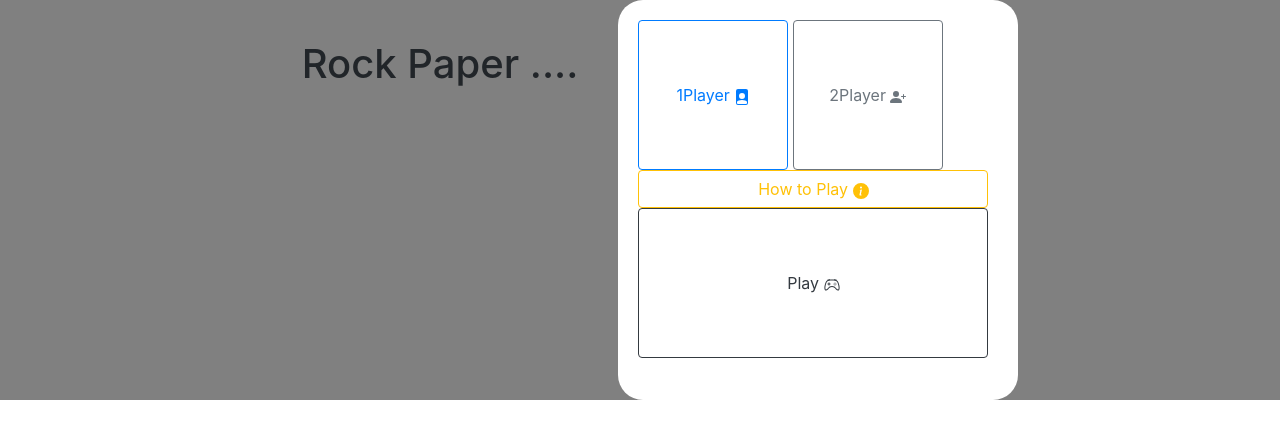
Repository: hossamsulleman1/Colllege-rock-paper-game
Page: index.html
An editor plug-in stored every save of this project. The page is shown before and after the next save, followed by the edit.
The browser window is 1280 px wide. The pictures show the whole page.

Above is the page before, as saved 2020-09-15 10:48:06.
Console error: SyntaxError: Unexpected token '<'

### index.html
<!DOCTYPE html>
<html lang="en">
<head>
    <script src="index.js"></script>
    <link rel="stylesheet" href="index.css">

    <meta charset="UTF-8">
    <meta name="viewport" content="width=device-width, initial-scale=1.0">
    <title>Rock Paper...</title>
</head>
<body>
   <div class="wall">
      <h1 style="padding: 40px; text-align: center;">Rock Paper .... </h1>
    <div class="mainCard">
<button style="height: 150px; width: 150px; padding: 20px;" class="btn btn-outline-primary">
    1Player
    <svg width="1em" height="1em" viewBox="0 0 16 16" class="bi bi-file-person-fill" fill="currentColor" xmlns="http://www.w3.org/2000/svg">
        <path fill-rule="evenodd" d="M12 0H4a2 2 0 0 0-2 2v12a2 2 0 0 0 2 2h8a2 2 0 0 0 2-2V2a2 2 0 0 0-2-2zm-1 7a3 3 0 1 1-6 0 3 3 0 0 1 6 0zm-3 4c2.623 0 4.146.826 5 1.755V14a1 1 0 0 1-1 1H4a1 1 0 0 1-1-1v-1.245C3.854 11.825 5.377 11 8 11z"/>
      </svg>
</button>
<button style="height: 150px; width: 150px; padding: 20px;"class="btn btn-outline-secondary">
    2Player
    <svg width="1em" height="1em" viewBox="0 0 16 16" class="bi bi-person-plus-fill" fill="currentColor" xmlns="http://www.w3.org/2000/svg">
        <path fill-rule="evenodd" d="M1 14s-1 0-1-1 1-4 6-4 6 3 6 4-1 1-1 1H1zm5-6a3 3 0 1 0 0-6 3 3 0 0 0 0 6zm7.5-3a.5.5 0 0 1 .5.5V7h1.5a.5.5 0 0 1 0 1H14v1.5a.5.5 0 0 1-1 0V8h-1.5a.5.5 0 0 1 0-1H13V5.5a.5.5 0 0 1 .5-.5z"/>
      </svg>
</button>
<br>
<button style="width: 350px;" class="btn btn-outline-warning" onclick="howToPlay()">
    How to Play
    <svg width="1em" height="1em" viewBox="0 0 16 16" class="bi bi-info-circle-fill" fill="currentColor" xmlns="http://www.w3.org/2000/svg">
        <path fill-rule="evenodd" d="M8 16A8 8 0 1 0 8 0a8 8 0 0 0 0 16zm.93-9.412l-2.29.287-.082.38.45.083c.294.07.352.176.288.469l-.738 3.468c-.194.897.105 1.319.808 1.319.545 0 1.178-.252 1.465-.598l.088-.416c-.2.176-.492.246-.686.246-.275 0-.375-.193-.304-.533L8.93 6.588zM8 5.5a1 1 0 1 0 0-2 1 1 0 0 0 0 2z"/>
      </svg>
</button>
<br>
<button style="width: 350px; height: 150px;" class="btn btn-outline-dark" onclick="goToGame()">
    Play
    <svg width="1em" height="1em" viewBox="0 0 16 16" class="bi bi-controller" fill="currentColor" xmlns="http://www.w3.org/2000/svg">
        <path fill-rule="evenodd" d="M11.119 2.693c.904.19 1.75.495 2.235.98.407.408.779 1.05 1.094 1.772.32.733.599 1.591.805 2.466.206.875.34 1.78.364 2.606.024.815-.059 1.602-.328 2.21a1.42 1.42 0 0 1-1.445.83c-.636-.067-1.115-.394-1.513-.773a11.307 11.307 0 0 1-.739-.809c-.126-.147-.25-.291-.368-.422-.728-.804-1.597-1.527-3.224-1.527-1.627 0-2.496.723-3.224 1.527-.119.131-.242.275-.368.422-.243.283-.494.576-.739.81-.398.378-.877.705-1.513.772a1.42 1.42 0 0 1-1.445-.83c-.27-.608-.352-1.395-.329-2.21.024-.826.16-1.73.365-2.606.206-.875.486-1.733.805-2.466.315-.722.687-1.364 1.094-1.772.486-.485 1.331-.79 2.235-.98.932-.196 2.03-.292 3.119-.292 1.089 0 2.187.096 3.119.292zm-6.032.979c-.877.185-1.469.443-1.733.708-.276.276-.587.783-.885 1.465a13.748 13.748 0 0 0-.748 2.295 12.351 12.351 0 0 0-.339 2.406c-.022.755.062 1.368.243 1.776a.42.42 0 0 0 .426.24c.327-.034.61-.199.929-.502.212-.202.4-.423.615-.674.133-.156.276-.323.44-.505C4.861 9.97 5.978 9.026 8 9.026s3.139.943 3.965 1.855c.164.182.307.35.44.505.214.25.403.472.615.674.318.303.601.468.929.503a.42.42 0 0 0 .426-.241c.18-.408.265-1.02.243-1.776a12.354 12.354 0 0 0-.339-2.406 13.753 13.753 0 0 0-.748-2.295c-.298-.682-.61-1.19-.885-1.465-.264-.265-.856-.523-1.733-.708-.85-.179-1.877-.27-2.913-.27-1.036 0-2.063.091-2.913.27z"/>
        <path d="M11.5 6.026a.5.5 0 1 1-1 0 .5.5 0 0 1 1 0zm-1 1a.5.5 0 1 1-1 0 .5.5 0 0 1 1 0zm2 0a.5.5 0 1 1-1 0 .5.5 0 0 1 1 0zm-1 1a.5.5 0 1 1-1 0 .5.5 0 0 1 1 0zm-7-2.5h1v3h-1v-3z"/>
        <path d="M3.5 6.526h3v1h-3v-1zM3.051 3.26a.5.5 0 0 1 .354-.613l1.932-.518a.5.5 0 0 1 .258.966l-1.932.518a.5.5 0 0 1-.612-.354zm9.976 0a.5.5 0 0 0-.353-.613l-1.932-.518a.5.5 0 1 0-.259.966l1.932.518a.5.5 0 0 0 .612-.354z"/>
      </svg>
</button>

</div>

   </div>


<!-- scripts -->
<!-- CSS only -->
<link rel="stylesheet" href="https://stackpath.bootstrapcdn.com/bootstrap/4.5.2/css/bootstrap.min.css" integrity="sha384-JcKb8q3iqJ61gNV9KGb8thSsNjpSL0n8PARn9HuZOnIxN0hoP+VmmDGMN5t9UJ0Z" crossorigin="anonymous">

<!-- JS, Popper.js, and jQuery -->
<script src="https://code.jquery.com/jquery-3.5.1.slim.min.js" integrity="sha384-DfXdz2htPH0lsSSs5nCTpuj/zy4C+OGpamoFVy38MVBnE+IbbVYUew+OrCXaRkfj" crossorigin="anonymous"></script>
<script src="https://cdn.jsdelivr.net/npm/popper.js@1.16.1/dist/umd/popper.min.js" integrity="sha384-9/reFTGAW83EW2RDu2S0VKaIzap3H66lZH81PoYlFhbGU+6BZp6G7niu735Sk7lN" crossorigin="anonymous"></script>
<script src="https://stackpath.bootstrapcdn.com/bootstrap/4.5.2/js/bootstrap.min.js" integrity="sha384-B4gt1jrGC7Jh4AgTPSdUtOBvfO8shuf57BaghqFfPlYxofvL8/KUEfYiJOMMV+rV" crossorigin="anonymous"></script>

</body>
</html>

### index.js
var randomNumber = null;
var P1Selection = null;
var P2Selection = null;
var compSelection = null;
var compSelectionSVG = null;
var outcome = null;

const Rock = 1;
const Paper = 2;
const Scissors = 3;

function randomNumberGen() {
   randomNumber = Math.ceil(Math.random() * 3);
compSelection = randomNumber;
console.log(compSelection + "comp Selection");
}

function howToPlay(){
 alert("click either rock paper or ... and confirm your selection once this is completed the second user will be able to place their selection then rumble!");
}


function compSelectionSvg() {
    if (compSelection = 1 ) {
        document.getElementById("mainCard").innerHTML =
        <div>
   <h1>Rocky Bot Chose</h1>
        <svg width="1em" height="1em" viewBox="0 0 16 16" class="bi bi-award-fill" fill="currentColor" xmlns="http://www.w3.org/2000/svg">
  <path d="M8 0l1.669.864 1.858.282.842 1.68 1.337 1.32L13.4 6l.306 1.854-1.337 1.32-.842 1.68-1.858.282L8 12l-1.669-.864-1.858-.282-.842-1.68-1.337-1.32L2.6 6l-.306-1.854 1.337-1.32.842-1.68L6.331.864 8 0z"/>
  <path d="M4 11.794V16l4-1 4 1v-4.206l-2.018.306L8 13.126 6.018 12.1 4 11.794z"/>
</svg>
        <p>you......</p>
        <h1 id="Win/Lose"></h1>
        </div>

        ;

    }
    if (compSelection = 2 ) {
        document.getElementById("mainCard").innerHTML =
        <div>
    <h1>Rocky Bot Chose</h1>
        <svg width="1em" height="1em" viewBox="0 0 16 16" class="bi bi-box-seam" fill="currentColor" xmlns="http://www.w3.org/2000/svg">
  <path fill-rule="evenodd" d="M8.186 1.113a.5.5 0 0 0-.372 0L1.846 3.5l2.404.961L10.404 2l-2.218-.887zm3.564 1.426L5.596 5 8 5.961 14.154 3.5l-2.404-.961zm3.25 1.7l-6.5 2.6v7.922l6.5-2.6V4.24zM7.5 14.762V6.838L1 4.239v7.923l6.5 2.6zM7.443.184a1.5 1.5 0 0 1 1.114 0l7.129 2.852A.5.5 0 0 1 16 3.5v8.662a1 1 0 0 1-.629.928l-7.185 2.874a.5.5 0 0 1-.372 0L.63 13.09a1 1 0 0 1-.63-.928V3.5a.5.5 0 0 1 .314-.464L7.443.184z"/>
</svg>

        <p>you......</p>
        <h1 id="Win/Lose"></h1>
        </div>

        ;

    }
    if (compSelection = 3 ) {
        document.getElementById("mainCard").innerHTML =
        <div>
        <h1>Rocky Bot Chose</h1>
        <svg width="1em" height="1em" viewBox="0 0 16 16" class="bi bi-scissors" fill="currentColor" xmlns="http://www.w3.org/2000/svg">
  <path fill-rule="evenodd" d="M3.5 3.5c-.614-.884-.074-1.962.858-2.5L8 7.226 11.642 1c.932.538 1.472 1.616.858 2.5L8.81 8.61l1.556 2.661a2.5 2.5 0 1 1-.794.637L8 9.73l-1.572 2.177a2.5 2.5 0 1 1-.794-.637L7.19 8.61 3.5 3.5zm2.5 10a1.5 1.5 0 1 1-3 0 1.5 1.5 0 0 1 3 0zm7 0a1.5 1.5 0 1 1-3 0 1.5 1.5 0 0 1 3 0z"/>
</svg>
        <p>you......</p>
        <h1 id="Win/Lose"></h1>
        </div>

        ;

    }
    Calculation()
document.getElementById("Win/Loss").innerText = outcome;

}

function itemHierarchy(){



}

function goToGame() {
    window.location.replace("game.html");
}


function RockP1() {
    P1Selection = Rock
    console.log(P1Selection)
}

function PaperP1(){
    P1Selection = Paper
    console.log(P1Selection)
}

function  ScissorsP1() {
    P1Selection = Scissors
    console.log(P1Selection)
}

function Calculation() {

}

### index.css
.mainCard {
    border-radius: 25px;
    background: white;
    padding: 20px;
    width: 400px;
    height: 400px;


}

.wall {
    background-color: grey;
    display: flex;
    justify-content: center;
    height: auto;
    width: auto;
}

After the next save:
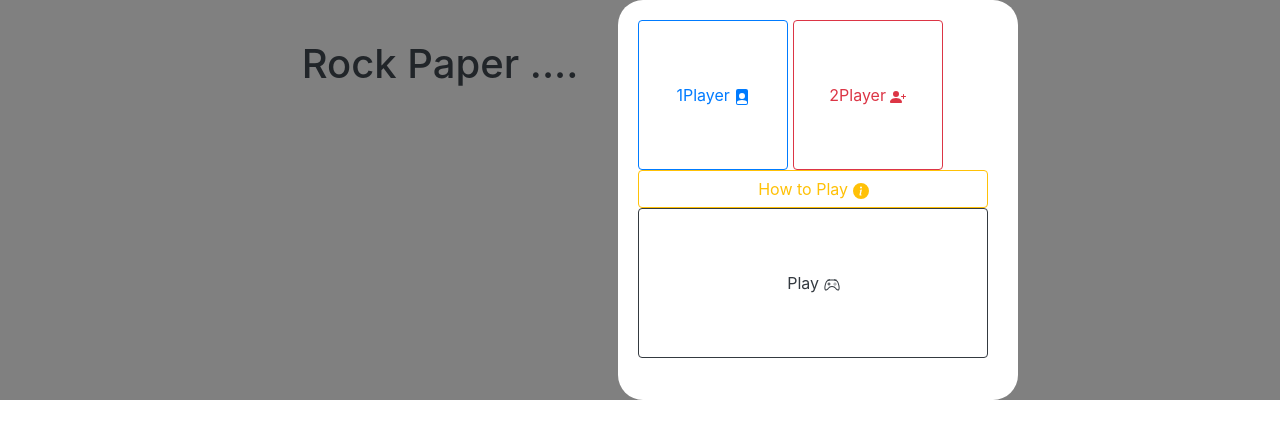
Saved 22 s later.
--- a/index.html
+++ b/index.html
@@ -18,7 +18,7 @@
         <path fill-rule="evenodd" d="M12 0H4a2 2 0 0 0-2 2v12a2 2 0 0 0 2 2h8a2 2 0 0 0 2-2V2a2 2 0 0 0-2-2zm-1 7a3 3 0 1 1-6 0 3 3 0 0 1 6 0zm-3 4c2.623 0 4.146.826 5 1.755V14a1 1 0 0 1-1 1H4a1 1 0 0 1-1-1v-1.245C3.854 11.825 5.377 11 8 11z"/>
       </svg>
 </button>
-<button style="height: 150px; width: 150px; padding: 20px;"class="btn btn-outline-secondary">
+<button style="height: 150px; width: 150px; padding: 20px;"class="btn btn-outline-danger">
     2Player
     <svg width="1em" height="1em" viewBox="0 0 16 16" class="bi bi-person-plus-fill" fill="currentColor" xmlns="http://www.w3.org/2000/svg">
         <path fill-rule="evenodd" d="M1 14s-1 0-1-1 1-4 6-4 6 3 6 4-1 1-1 1H1zm5-6a3 3 0 1 0 0-6 3 3 0 0 0 0 6zm7.5-3a.5.5 0 0 1 .5.5V7h1.5a.5.5 0 0 1 0 1H14v1.5a.5.5 0 0 1-1 0V8h-1.5a.5.5 0 0 1 0-1H13V5.5a.5.5 0 0 1 .5-.5z"/>
